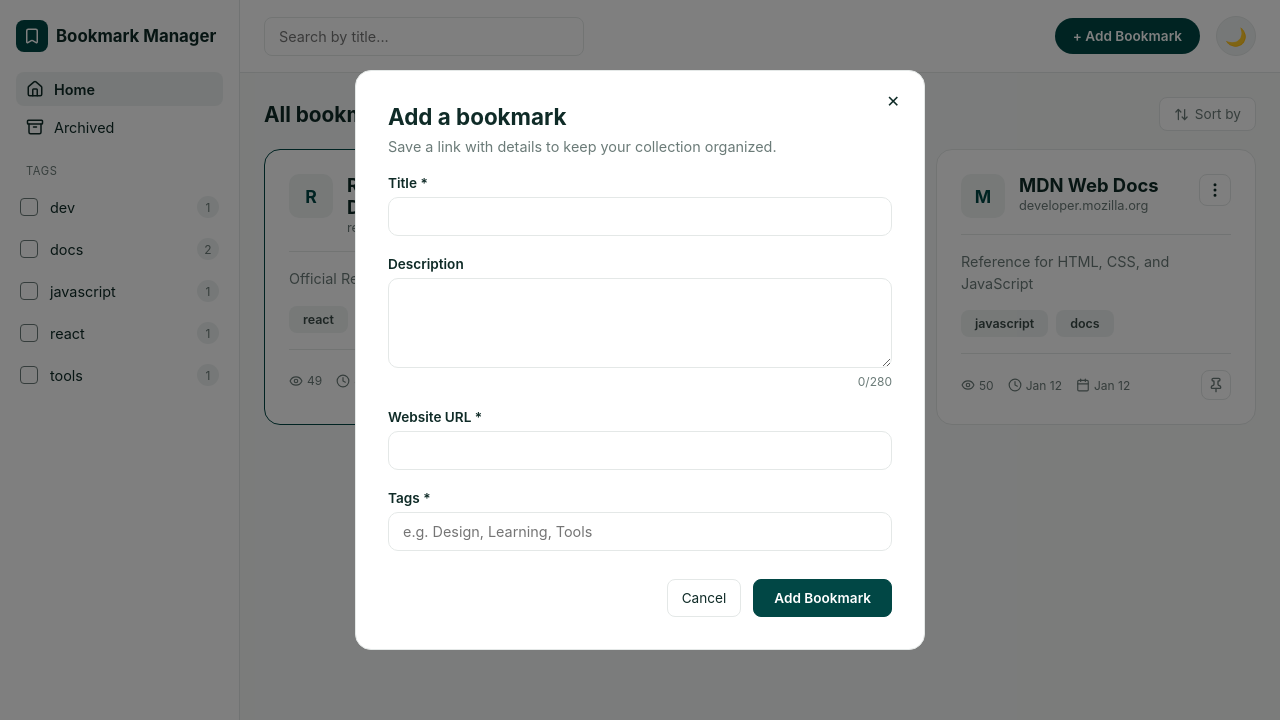
Repository: K0k1M4r/Big-Game-React
Page: /, after clicking the first element matching `button.add-bookmark-btn`
The author's editor kept a copy of each file at every save. The page is drawn from the files as they stood at one save, then again after the next save.
The browser window is 1280 px wide. The pictures show the whole page.
The project was rebuilt for these pictures with package versions that can differ from the ones it lists, and the page was loaded fresh each time. Also part of the build but not shown: vite.config.js.

Above is the page before, as saved 2026-09-23 20:17:13.

### index.html
<!doctype html>
<html lang="en">
  <head>
    <meta charset="UTF-8" />
    <link rel="icon" type="image/svg+xml" href="/favicon.svg" />
    <meta name="viewport" content="width=device-width, initial-scale=1.0" />
    <title>bookmark-manager</title>
  </head>
  <body>
    <div id="root"></div>
    <script type="module" src="/src/main.jsx"></script>
  </body>
</html>

### src/App.jsx
import { useState, useEffect } from "react";
import Header from "./components/Layout/Header";
import Sidebar from "./components/Layout/Sidebar";
import SortSelect from "./components/SortSelect";
import BookmarkList from "./components/BookmarkList";
import Modal from "./components/Modal";
import BookmarkForm from "./components/BookmarkForm";

function App() {
  const [bookmarks, setBookmarks] = useState([]);
  const [isLoading, setIsLoading] = useState(true);
  const [isModalOpen, setIsModalOpen] = useState(false);
  const [editingBookmark, setEditingBookmark] = useState(null);
  const [currentView, setCurrentView] = useState("all");
  const [searchTerm, setSearchTerm] = useState("");
  const [selectedTag, setSelectedTag] = useState("All");
  const [sortOption, setSortOption] = useState("newest");
  const [isSidebarOpen, setIsSidebarOpen] = useState(false);
  const [theme, setTheme] = useState(
    () => localStorage.getItem("theme") || "light"
  );

  useEffect(() => {
    const stored = localStorage.getItem("bookmarks");

    if (stored) {
      setTimeout(() => {
        setBookmarks(JSON.parse(stored));
        setIsLoading(false);
      }, 800);
    } else {
      fetch("/data/bookmarks.json")
        .then((res) => res.json())
        .then((data) => {
          setTimeout(() => {
            setBookmarks(data);
            setIsLoading(false);
          }, 800);
        })
        .catch((err) => {
          console.error("Failed to load bookmarks:", err);
          setIsLoading(false);
        });
    }
  }, []);

  useEffect(() => {
    if (!isLoading) {
      localStorage.setItem("bookmarks", JSON.stringify(bookmarks));
    }
  }, [bookmarks, isLoading]);

  useEffect(() => {
    localStorage.setItem("theme", theme);
    document.documentElement.setAttribute("data-theme", theme);
  }, [theme]);

  function toggleTheme() {
    setTheme((prev) => (prev === "light" ? "dark" : "light"));
  }

  function handleAddBookmark(newBookmark) {
    setBookmarks((prev) => [...prev, newBookmark]);
    closeModal();
  }

  function handleUpdateBookmark(updatedBookmark) {
    setBookmarks((prev) =>
      prev.map((b) => (b.id === updatedBookmark.id ? updatedBookmark : b))
    );
    closeModal();
  }

  function handleDeleteBookmark(id) {
    const confirmed = window.confirm("Delete this bookmark?");
    if (!confirmed) return;
    setBookmarks((prev) => prev.filter((b) => b.id !== id));
  }

  function handleTogglePin(id) {
    setBookmarks((prev) =>
      prev.map((b) => (b.id === id ? { ...b, pinned: !b.pinned } : b))
    );
  }

  function handleToggleArchive(id) {
    setBookmarks((prev) =>
      prev.map((b) => (b.id === id ? { ...b, archived: !b.archived } : b))
    );
  }

  function openAddModal() {
    setEditingBookmark(null);
    setIsModalOpen(true);
  }

  function openEditModal(bookmark) {
    setEditingBookmark(bookmark);
    setIsModalOpen(true);
  }

  function closeModal() {
    setIsModalOpen(false);
    setEditingBookmark(null);
  }

  function handleChangeView(view) {
    setCurrentView(view);
    setIsSidebarOpen(false);
  }

  function handleSelectTag(tag) {
    setSelectedTag(tag);
    setIsSidebarOpen(false);
  }

  const viewFiltered = bookmarks.filter((b) =>
    currentView === "archived" ? b.archived : !b.archived
  );

  const searchFiltered = viewFiltered.filter((b) => {
    const term = searchTerm.trim().toLowerCase();
    if (!term) return true;
    return (
      b.title.toLowerCase().includes(term) ||
      b.description.toLowerCase().includes(term)
    );
  });

  const tagFiltered = searchFiltered.filter((b) =>
    selectedTag === "All" ? true : b.tags.includes(selectedTag)
  );

  const sorted = [...tagFiltered].sort((a, b) => {
    if (a.pinned !== b.pinned) return a.pinned ? -1 : 1;

    switch (sortOption) {
      case "newest":
        return new Date(b.createdAt) - new Date(a.createdAt);
      case "oldest":
        return new Date(a.createdAt) - new Date(b.createdAt);
      case "az":
        return a.title.localeCompare(b.title);
      case "za":
        return b.title.localeCompare(a.title);
      default:
        return 0;
    }
  });

  const tagCounts = {};
  viewFiltered.forEach((b) => {
    b.tags.forEach((tag) => {
      tagCounts[tag] = (tagCounts[tag] || 0) + 1;
    });
  });
  const tagsWithCounts = Object.keys(tagCounts)
    .sort()
    .map((name) => ({ name, count: tagCounts[name] }));

  const visibleBookmarks = sorted;

  return (
    <div className="app">
      <div className="app-body">
        <Sidebar
          currentView={currentView}
          onChangeView={handleChangeView}
          tags={tagsWithCounts}
          selectedTag={selectedTag}
          onSelectTag={handleSelectTag}
          isOpen={isSidebarOpen}
        />

        <div className="main-column">
          <Header
            theme={theme}
            onToggleTheme={toggleTheme}
            searchTerm={searchTerm}
            onSearchChange={setSearchTerm}
            onAddClick={openAddModal}
            onMenuClick={() => setIsSidebarOpen((prev) => !prev)}
          />

          <main className="app-main">
            <div className="content-header">
              <h2>{currentView === "archived" ? "Archived" : "All bookmarks"}</h2>
              <SortSelect sortOption={sortOption} onSortChange={setSortOption} />
            </div>

            {isLoading ? (
              <p>Loading bookmarks...</p>
            ) : (
              <BookmarkList
                bookmarks={visibleBookmarks}
                onEdit={openEditModal}
                onDelete={handleDeleteBookmark}
                onTogglePin={handleTogglePin}
                onToggleArchive={handleToggleArchive}
                currentView={currentView}
                searchTerm={searchTerm}
              />
            )}
          </main>
        </div>
      </div>

      {isModalOpen && (
        <Modal onClose={closeModal}>
          <BookmarkForm
            key={editingBookmark ? editingBookmark.id : "new"}
            initialData={editingBookmark}
            onSave={editingBookmark ? handleUpdateBookmark : handleAddBookmark}
            onCancel={closeModal}
          />
        </Modal>
      )}
    </div>
  );
}

export default App;

### src/components/Layout/Header.jsx
import SearchBar from "../SearchBar";

function Header({ theme, onToggleTheme, searchTerm, onSearchChange, onAddClick, onMenuClick }) {
  return (
    <header className="app-header">
      <button className="menu-btn" onClick={onMenuClick} aria-label="Toggle menu">
        ☰
      </button>

      <SearchBar searchTerm={searchTerm} onSearchChange={onSearchChange} />

      <button className="add-bookmark-btn" onClick={onAddClick}>
        <span className="add-bookmark-text">+ Add Bookmark</span>
        <span className="add-bookmark-icon">+</span>
      </button>

      <button
        className="theme-avatar-btn"
        onClick={onToggleTheme}
        title="Toggle theme"
      >
        {theme === "light" ? "🌙" : "☀️"}
      </button>
    </header>
  );
}

export default Header;

### src/components/Layout/Sidebar.jsx
import { Bookmark, Home, Archive } from "lucide-react";

function Sidebar({ currentView, onChangeView, tags = [], selectedTag, onSelectTag, isOpen }) {
  return (
    <nav className={`sidebar ${isOpen ? "sidebar-open" : ""}`}>
      <div className="sidebar-logo">
        <span className="logo-icon">
          <Bookmark size={18} />
        </span>
        Bookmark Manager
      </div>

      <button
        className={currentView === "all" ? "active" : ""}
        onClick={() => onChangeView("all")}
      >
        <Home size={18} /> Home
      </button>
      <button
        className={currentView === "archived" ? "active" : ""}
        onClick={() => onChangeView("archived")}
      >
        <Archive size={18} /> Archived
      </button>

      <p className="sidebar-tags-label">Tags</p>

      <div className="sidebar-tags">
        {tags.map(({ name, count }) => (
          <label key={name} className="sidebar-tag">
            <input
              type="checkbox"
              checked={selectedTag === name}
              onChange={() =>
                onSelectTag(selectedTag === name ? "All" : name)
              }
            />
            <span className="tag-name">{name}</span>
            <span className="tag-count">{count}</span>
          </label>
        ))}
      </div>
    </nav>
  );
}

export default Sidebar;

### src/components/SortSelect.jsx
import { useState, useRef, useEffect } from "react";
import { ArrowUpDown } from "lucide-react";

const OPTIONS = [
  { value: "newest", label: "Newest" },
  { value: "oldest", label: "Oldest" },
  { value: "az", label: "A-Z" },
  { value: "za", label: "Z-A" },
];

function SortSelect({ sortOption, onSortChange }) {
  const [open, setOpen] = useState(false);
  const wrapperRef = useRef(null);

  useEffect(() => {
    function handleClickOutside(e) {
      if (wrapperRef.current && !wrapperRef.current.contains(e.target)) {
        setOpen(false);
      }
    }
    document.addEventListener("mousedown", handleClickOutside);
    return () => document.removeEventListener("mousedown", handleClickOutside);
  }, []);

  return (
    <div className="sort-wrapper" ref={wrapperRef}>
      <button
        type="button"
        className="sort-trigger"
        onClick={() => setOpen((prev) => !prev)}
      >
        <ArrowUpDown size={15} />
        Sort by
      </button>

      {open && (
        <div className="sort-dropdown">
          {OPTIONS.map((opt) => (
            <button
              key={opt.value}
              type="button"
              className={opt.value === sortOption ? "active" : ""}
              onClick={() => {
                onSortChange(opt.value);
                setOpen(false);
              }}
            >
              {opt.label}
            </button>
          ))}
        </div>
      )}
    </div>
  );
}

export default SortSelect;

### src/components/BookmarkList.jsx
import BookmarkCard from "./BookmarkCard";

function BookmarkList({ bookmarks, onEdit, onDelete, onTogglePin, onToggleArchive, currentView, searchTerm }) {
  if (bookmarks.length === 0) {
    let message = "No bookmarks yet. Add one to get started!";

    if (searchTerm.trim()) {
      message = `No bookmarks match "${searchTerm}".`;
    } else if (currentView === "archived") {
      message = "No archived bookmarks.";
    }

    return <p className="empty-state">{message}</p>;
  }

  return (
    <div className="bookmark-list">
      {bookmarks.map((bookmark) => (
        <BookmarkCard
          key={bookmark.id}
          bookmark={bookmark}
          onEdit={onEdit}
          onDelete={onDelete}
          onTogglePin={onTogglePin}
          onToggleArchive={onToggleArchive}
        />
      ))}
    </div>
  );
}

export default BookmarkList;

### src/components/Modal.jsx
function Modal({ children, onClose }) {
  return (
    <div className="modal-overlay" onClick={onClose}>
      <div className="modal-content" onClick={(e) => e.stopPropagation()}>
        <button className="modal-close" onClick={onClose} aria-label="Close">
          ✕
        </button>
        {children}
      </div>
    </div>
  );
}

export default Modal;

### src/components/BookmarkForm.jsx
import { useState } from "react";

const DESCRIPTION_MAX = 280;

function BookmarkForm({ onSave, onCancel, initialData }) {
  const [form, setForm] = useState({
    title: initialData?.title || "",
    url: initialData?.url || "",
    description: initialData?.description || "",
    tags: initialData?.tags.join(", ") || "",
  });

  const [errors, setErrors] = useState({});

  function handleChange(e) {
    const { name, value } = e.target;
    if (name === "description" && value.length > DESCRIPTION_MAX) return;
    setForm((prev) => ({ ...prev, [name]: value }));
  }

  function isValidUrl(value) {
    try {
      new URL(value);
      return true;
    } catch {
      return false;
    }
  }

  function validate() {
    const newErrors = {};

    if (!form.title.trim()) {
      newErrors.title = "Title is required";
    }

    if (!form.url.trim()) {
      newErrors.url = "URL is required";
    } else if (!isValidUrl(form.url.trim())) {
      newErrors.url = "Please enter a valid URL";
    }

    const tagList = form.tags
      .split(",")
      .map((t) => t.trim())
      .filter(Boolean);

    if (tagList.length === 0) {
      newErrors.tags = "At least one tag is required";
    }

    return { newErrors, tagList };
  }

  function handleSubmit(e) {
    e.preventDefault();

    const { newErrors, tagList } = validate();

    if (Object.keys(newErrors).length > 0) {
      setErrors(newErrors);
      return;
    }

    const bookmarkData = {
      id: initialData ? initialData.id : crypto.randomUUID(),
      title: form.title.trim(),
      url: form.url.trim(),
      description: form.description.trim(),
      tags: tagList,
      pinned: initialData ? initialData.pinned : false,
      archived: initialData ? initialData.archived : false,
      favorite: initialData ? initialData.favorite : false,
      createdAt: initialData ? initialData.createdAt : new Date().toISOString(),
    };

    onSave(bookmarkData);
  }

  return (
    <form className="bookmark-form" onSubmit={handleSubmit}>
      <h2 className="form-title">
        {initialData ? "Edit bookmark" : "Add a bookmark"}
      </h2>
      <p className="form-subtitle">
        {initialData
          ? "Update the details for this bookmark."
          : "Save a link with details to keep your collection organized."}
      </p>

      <div className="form-field">
        <label htmlFor="title">Title *</label>
        <input
          id="title"
          type="text"
          name="title"
          value={form.title}
          onChange={handleChange}
        />
        {errors.title && <span className="error">{errors.title}</span>}
      </div>

      <div className="form-field">
        <label htmlFor="description">Description</label>
        <textarea
          id="description"
          name="description"
          value={form.description}
          onChange={handleChange}
        />
        <span className="char-count">
          {form.description.length}/{DESCRIPTION_MAX}
        </span>
      </div>

      <div className="form-field">
        <label htmlFor="url">Website URL *</label>
        <input
          id="url"
          type="text"
          name="url"
          value={form.url}
          onChange={handleChange}
        />
        {errors.url && <span className="error">{errors.url}</span>}
      </div>

      <div className="form-field">
        <label htmlFor="tags">Tags *</label>
        <input
          id="tags"
          type="text"
          name="tags"
          placeholder="e.g. Design, Learning, Tools"
          value={form.tags}
          onChange={handleChange}
        />
        {errors.tags && <span className="error">{errors.tags}</span>}
      </div>

      <div className="form-actions">
        <button type="button" className="form-cancel" onClick={onCancel}>
          Cancel
        </button>
        <button type="submit" className="form-submit">
          {initialData ? "Save Changes" : "Add Bookmark"}
        </button>
      </div>
    </form>
  );
}

export default BookmarkForm;

### src/components/SearchBar.jsx
function SearchBar({ searchTerm, onSearchChange }) {
  return (
    <input
      type="text"
      placeholder="Search by title..."
      className="search-bar"
      value={searchTerm}
      onChange={(e) => onSearchChange(e.target.value)}
    />
  );
}

export default SearchBar;

### src/components/BookmarkCard.jsx
import { useState, useRef, useEffect } from "react";
import { MoreVertical, Eye, Calendar, Clock, Pin } from "lucide-react";
import TagList from "./TagList";

function getInitial(title) {
  return title.charAt(0).toUpperCase();
}

function formatDate(dateString) {
  const date = new Date(dateString);
  return date.toLocaleDateString("en-US", { day: "numeric", month: "short" });
}

// Not a real analytics number — this app doesn't track views.
// Derived deterministically from the bookmark id so it stays stable
// across renders instead of changing randomly.
function pseudoViewCount(id) {
  let hash = 0;
  for (let i = 0; i < id.length; i++) {
    hash = (hash * 31 + id.charCodeAt(i)) % 1000;
  }
  return Math.abs(hash);
}

function BookmarkCard({ bookmark, onEdit, onDelete, onTogglePin, onToggleArchive }) {
  const [menuOpen, setMenuOpen] = useState(false);
  const menuRef = useRef(null);

  useEffect(() => {
    function handleClickOutside(e) {
      if (menuRef.current && !menuRef.current.contains(e.target)) {
        setMenuOpen(false);
      }
    }
    document.addEventListener("mousedown", handleClickOutside);
    return () => document.removeEventListener("mousedown", handleClickOutside);
  }, []);

  let domain = "";
  try {
    domain = new URL(bookmark.url).hostname.replace("www.", "");
  } catch {
    domain = bookmark.url;
  }

  return (
    <div className={`bookmark-card ${bookmark.pinned ? "pinned" : ""}`}>
      <div className="bookmark-card-header">
        <div className="bookmark-favicon">{getInitial(bookmark.title)}</div>
        <div className="bookmark-title-group">
          <h3>{bookmark.title}</h3>
          <p className="bookmark-domain">{domain}</p>
        </div>

        <div className="card-menu" ref={menuRef}>
          <button
            className="card-menu-btn"
            onClick={() => setMenuOpen((prev) => !prev)}
            aria-label="More actions"
          >
            <MoreVertical size={18} />
          </button>

          {menuOpen && (
            <div className="card-menu-dropdown">
              <button
                onClick={() => {
                  onEdit(bookmark);
                  setMenuOpen(false);
                }}
              >
                Edit
              </button>
              <button
                onClick={() => {
                  onToggleArchive(bookmark.id);
                  setMenuOpen(false);
                }}
              >
                {bookmark.archived ? "Restore" : "Archive"}
              </button>
              <button
                className="menu-delete"
                onClick={() => {
                  onDelete(bookmark.id);
                  setMenuOpen(false);
                }}
              >
                Delete
              </button>
            </div>
          )}
        </div>
      </div>

      <div className="bookmark-divider" />

      <p className="description">{bookmark.description}</p>

      <TagList tags={bookmark.tags} />

      <div className="bookmark-divider" />

      <div className="bookmark-meta">
        <span className="meta-item">
          <Eye size={14} /> {pseudoViewCount(bookmark.id)}
        </span>
        <span className="meta-item">
          <Clock size={14} /> {formatDate(bookmark.createdAt)}
        </span>
        <span className="meta-item">
          <Calendar size={14} /> {formatDate(bookmark.createdAt)}
        </span>

        <button
          className={`pin-icon-btn ${bookmark.pinned ? "active" : ""}`}
          onClick={() => onTogglePin(bookmark.id)}
          aria-label={bookmark.pinned ? "Unpin" : "Pin"}
        >
          <Pin size={16} />
        </button>
      </div>
    </div>
  );
}

export default BookmarkCard;

### src/components/TagList.jsx
function TagList({ tags }) {
  return (
    <ul className="tag-list">
      {tags.map((tag) => (
        <li key={tag} className="tag">{tag}</li>
      ))}
    </ul>
  );
}

export default TagList

Loaded but not shown: src/main.jsx (common file); public/data/bookmarks.json (46 lines, source omitted); src/index.css (754 lines, source omitted)

After the next save:
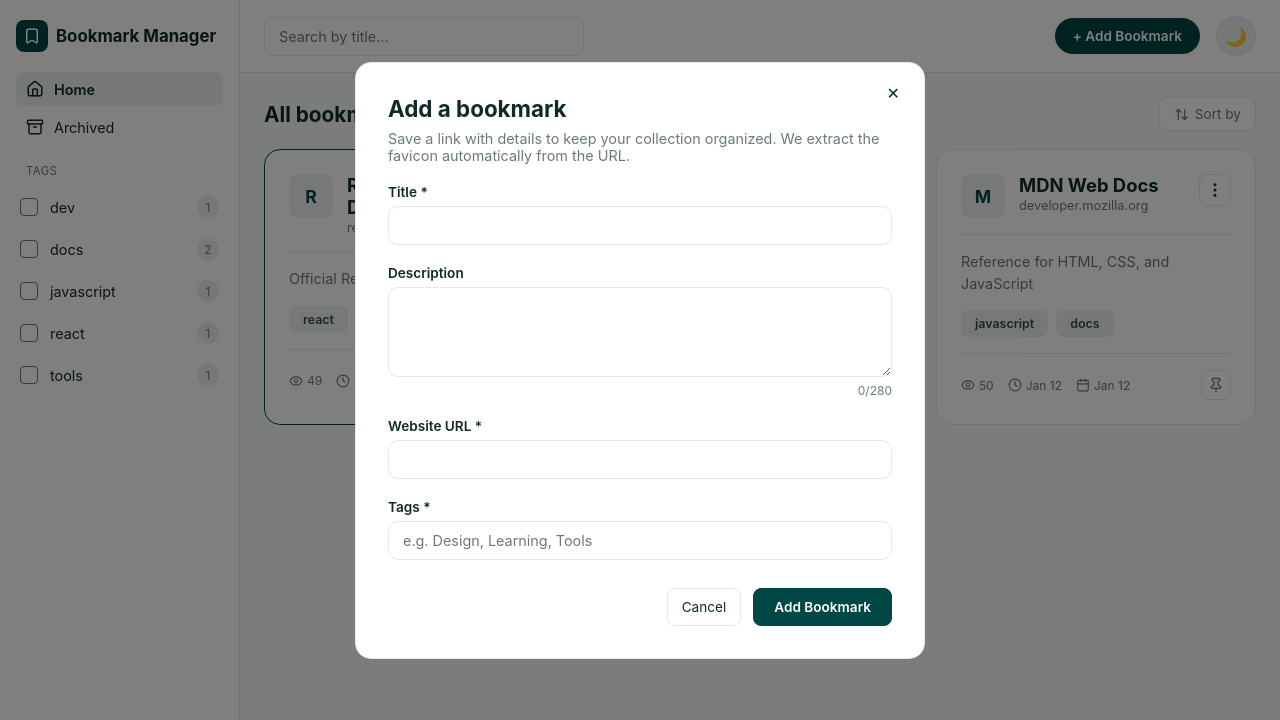
Saved 2 min 41 s later.
--- a/src/components/BookmarkForm.jsx
+++ b/src/components/BookmarkForm.jsx
@@ -85,7 +85,7 @@
       <p className="form-subtitle">
         {initialData
           ? "Update the details for this bookmark."
-          : "Save a link with details to keep your collection organized."}
+          : "Save a link with details to keep your collection organized. We extract the favicon automatically from the URL."}
       </p>
 
       <div className="form-field">
